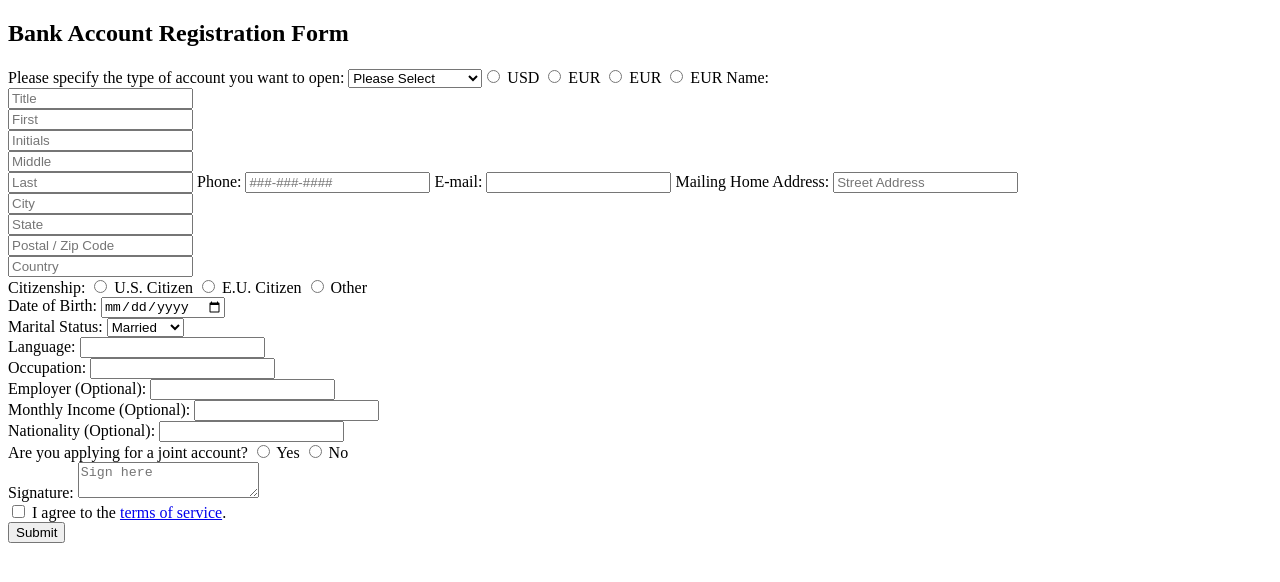
Repository: hizeetech/First-Assignment
Page: sign_up.html
The author's editor kept a copy of each file at every save. The page is drawn from the files as they stood at one save, then again after a run of saves.
The browser window is 1280 px wide. The pictures show the whole page.

Above is the page before, as saved 2024-11-09 01:55:36.

### sign_up.html
<!DOCTYPE html>
<html lang="en">
<head>
    <meta charset="UTF-8">
    <meta name="viewport" content="width=device-width, initial-scale=1.0">
    <title>Bank Account Registration Form</title>

</head>
<body>

    <h2>Bank Account Registration Form</h2>
    <form action="#" method="post">

            <label for="account-type">Please specify the type of account you want to open:</label>
            <select id="account-type" name="account_type" required>
                <option value="">Please Select</option>
                <option value="savings">Savings Account</option>
                <option value="current">Current Account</option>
                <option value="corporate">Corporate Account</option>


            <label>Currency:</label>
            <label><input type="radio" name="currency" value="NGN" required> USD</label>
            <label><input type="radio" name="currency" value="USD"> EUR</label>
            <label><input type="radio" name="currency" value="EUR"> EUR</label>
            <label><input type="radio" name="currency" value="POUNDS"> EUR</label>


            <label for="title">Name:</label>
            <div class="inline"><input type="text" id="title" name="title" placeholder="Title"></div>
            <div class="inline"><input type="text" name="first_name" placeholder="First" required></div>
            <div class="inline"><input type="text" name="initials" placeholder="Initials"></div>
            <div class="inline"><input type="text" name="middle_name" placeholder="Middle"></div>
            <input type="text" name="last_name" placeholder="Last" required>


            <label for="phone">Phone:</label>
            <input type="tel" id="phone" name="phone" placeholder="###-###-####" required>


            <label for="email">E-mail:</label>
            <input type="email" id="email" name="email" required>



            <label for="address">Mailing Home Address:</label>
            <input type="text" id="address" name="address" placeholder="Street Address" required>
            <div class="inline"><input type="text" name="city" placeholder="City" required></div>
            <div class="inline"><input type="text" name="state" placeholder="State" required></div>
            <div class="inline"><input type="text" name="postal_code" placeholder="Postal / Zip Code" required></div>
            <input type="text" name="country" placeholder="Country" required>


        <!-- Citizenship -->
        <div class="form-group citizenship">
            <label>Citizenship:</label>
            <label><input type="radio" name="citizenship" value="US" required> U.S. Citizen</label>
            <label><input type="radio" name="citizenship" value="EU"> E.U. Citizen</label>
            <label><input type="radio" name="citizenship" value="other"> Other</label>
        </div>

        <!-- Date of Birth and Marital Status -->
        <div class="form-group">
            <label for="dob">Date of Birth:</label>
            <input type="date" id="dob" name="dob" required>
        </div>
        <div class="form-group">
            <label for="marital-status">Marital Status:</label>
            <select id="marital-status" name="marital_status" required>
                <option value="married">Married</option>
                <option value="single">Single</option>
                <option value="divorced">Divorced</option>
                <option value="widowed">Widowed</option>
            </select>
        </div>

        <!-- Language, Occupation, Employer, and Monthly Income -->
        <div class="form-group">
            <label for="language">Language:</label>
            <input type="text" id="language" name="language" required>
        </div>
        <div class="form-group">
            <label for="occupation">Occupation:</label>
            <input type="text" id="occupation" name="occupation" required>
        </div>
        <div class="form-group">
            <label for="employer">Employer (Optional):</label>
            <input type="text" id="employer" name="employer">
        </div>
        <div class="form-group">
            <label for="income">Monthly Income (Optional):</label>
            <input type="text" id="income" name="monthly_income">
        </div>

        <!-- Nationality and Joint Account -->
        <div class="form-group">
            <label for="nationality">Nationality (Optional):</label>
            <input type="text" id="nationality" name="nationality">
        </div>
        <div class="form-group joint-account">
            <label>Are you applying for a joint account?</label>
            <label><input type="radio" name="joint_account" value="yes"> Yes</label>
            <label><input type="radio" name="joint_account" value="no"> No</label>
        </div>

        <!-- Signature and Terms -->
        <div class="form-group">
            <label for="signature">Signature:</label>
            <textarea id="signature" name="signature" placeholder="Sign here" rows="2" required></textarea>
        </div>
        <div class="form-group terms">
            <input type="checkbox" id="terms" name="terms" required>
            <label for="terms">I agree to the <a href="#">terms of service</a>.</label>
        </div>

        <!-- Submit Button -->
        <button type="submit" class="submit-btn">Submit</button>
    </form>
</div>

</body>
</html>

After the next 2 saves:
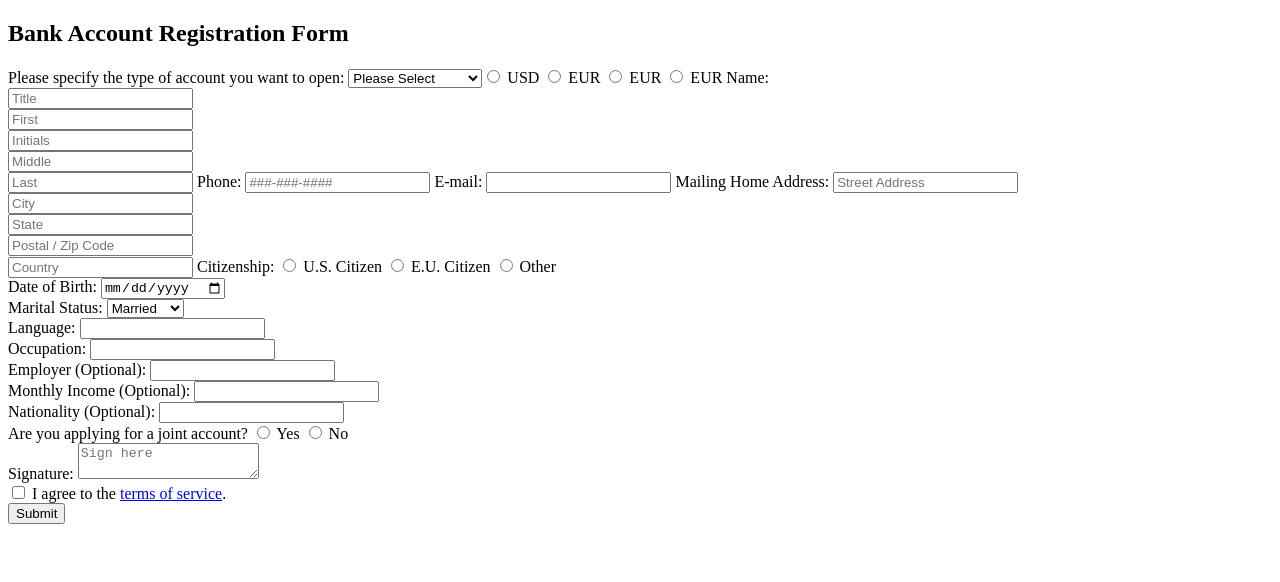
The 2 saves are shown as one change because they came seconds apart.
The last was saved 47 s later.
--- a/sign_up.html
+++ b/sign_up.html
@@ -51,8 +51,6 @@
             <input type="text" name="country" placeholder="Country" required>
 
 
-        <!-- Citizenship -->
-        <div class="form-group citizenship">
             <label>Citizenship:</label>
             <label><input type="radio" name="citizenship" value="US" required> U.S. Citizen</label>
             <label><input type="radio" name="citizenship" value="EU"> E.U. Citizen</label>
